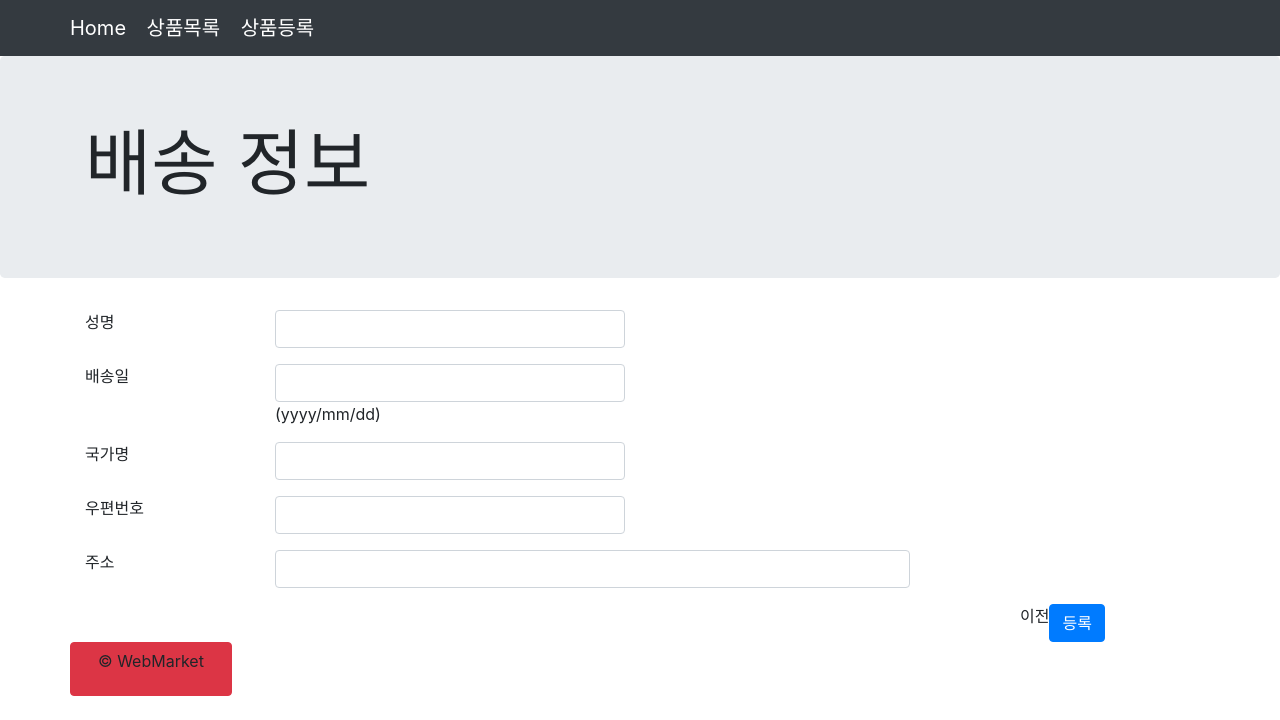
Repository: davisbyun/ai
Page: http://localhost/WebMarket/shippingInfo.jsp
An editor plug-in stored every save of this project. The page is shown before and after the next save, followed by the edit.
The browser window is 1280 px wide. The pictures show the whole page.
The page is served by Tomcat 9. Other server files are loaded and not shown.

Above is the page before, as saved 2024-01-25 01:57:19.

### WebMarket/src/main/webapp/shippingInfo.jsp
<%@ page language="java" contentType="text/html; charset=UTF-8"
    pageEncoding="UTF-8"%>
<!DOCTYPE html>
<html>
<head>
<meta charset="UTF-8">
<title>shippingInfo.jsp 배송정보 페이지</title>
<link rel="stylesheet" href="./css/bootstrap.min.css"/>
</head>
<body>
  <jsp:include page="menu.jsp"></jsp:include>
	<div class="jumbotron">
    <div class="container">
        <h1 class="display-3"> 배송 정보 </h1>
    </div>
    </div>
  <div class="container">
  <form action=processShippingInfo.jsp" class="form-horizantal" method="post">
    <input type="hidden" name="cartId" value=<%= request.getParameter("cartId") %> />
    <div class="form-group row">
      <label class="col-sm-2"> 성명 </label>
      <div class="col-sm-4">
        <input type="text" name="name" class="form-control" />
     </div>
  </div>
  <div class="form-group row">
      <label class="col-sm-2"> 배송일 </label>
      <div class="col-sm-4">
        <input type="text" name="shippingDate" class="form-control" /> (yyyy/mm/dd)
     </div>
  </div>
  <div class="form-group row">
      <label class="col-sm-2"> 국가명 </label>
      <div class="col-sm-4">
        <input type="text" name="country" class="form-control" />
     </div>
  </div>
   <div class="form-group row">
      <label class="col-sm-2"> 우편번호 </label>
      <div class="col-sm-4">
        <input type="text" name="zipCode" class="form-control" />
     </div>
  </div>
  <div class="form-group row">
      <label class="col-sm-2"> 주소 </label>
      <div class="col-sm-7">
        <input type="text" name="adressName" class="form-control" />
     </div>
  </div>
  <div class="form-group row">
     <div class="col-sm-offset-2 col-sm-10"></div>
     	<a herf="./cart.jsp?cartId=<%= request.getParameter("cartId")%>"  class="btn-btn-secondary">
     	     		이전</a>
     	<input type="submit" value="등록"  class="btn btn-primary" />
     	<a herf="./checkOutCancelled.jsp" class="btn btn-danger >취소</a>

   </div>

    <jsp:include page="footer.jsp"></jsp:include>
</body>
</html>

### WebMarket/src/main/webapp/menu.jsp
<%@ page language="java" contentType="text/html; charset=UTF-8"
    pageEncoding="UTF-8"%>
<!DOCTYPE html>
<html>
<head>
<meta charset="UTF-8">
<title>Insert title here</title>
<link rel="stylesheet" href="https://cdn.jsdelivr.net/npm/bootstrap@4.0.0/dist/css/bootstrap.min.css" integrity="sha384-Gn5384xqQ1aoWXA+058RXPxPg6fy4IWvTNh0E263XmFcJlSAwiGgFAW/dAiS6JXm" crossorigin="anonymous">
</head>
<body>
	 <nav class="navbar navbar-expand navbar-dark bg-dark">
    <div class="container">
        <div class="navbar-header">
            <a class="navbar-brand" href="./welcome.jsp">Home</a>
            <a class="navbar-brand" href="./welcome.jsp">상품목록</a>
            <a class="navbar-brand" href="./welcome.jsp">상품등록</a>
         </div>
     </div>
   </nav>
</body>
</html>

### WebMarket/src/main/webapp/footer.jsp
<%@ page language="java" contentType="text/html; charset=UTF-8"
    pageEncoding="UTF-8"%>
<!DOCTYPE html>
<html>
<head>
<meta charset="UTF-8">
<title>Insert title here</title>
 <link rel="stylesheet" href="https://cdn.jsdelivr.net/npm/bootstrap@4.0.0/dist/css/bootstrap.min.css" integrity="sha384-Gn5384xqQ1aoWXA+058RXPxPg6fy4IWvTNh0E263XmFcJlSAwiGgFAW/dAiS6JXm" crossorigin="anonymous">
</head>
<body>
     <footer class="container">
	    <p>&copy; WebMarket</p>
	 </footer>
</body>
</html>

Loaded but not shown: WebMarket/src/main/webapp/css/bootstrap.min.css (library)

After the next save:
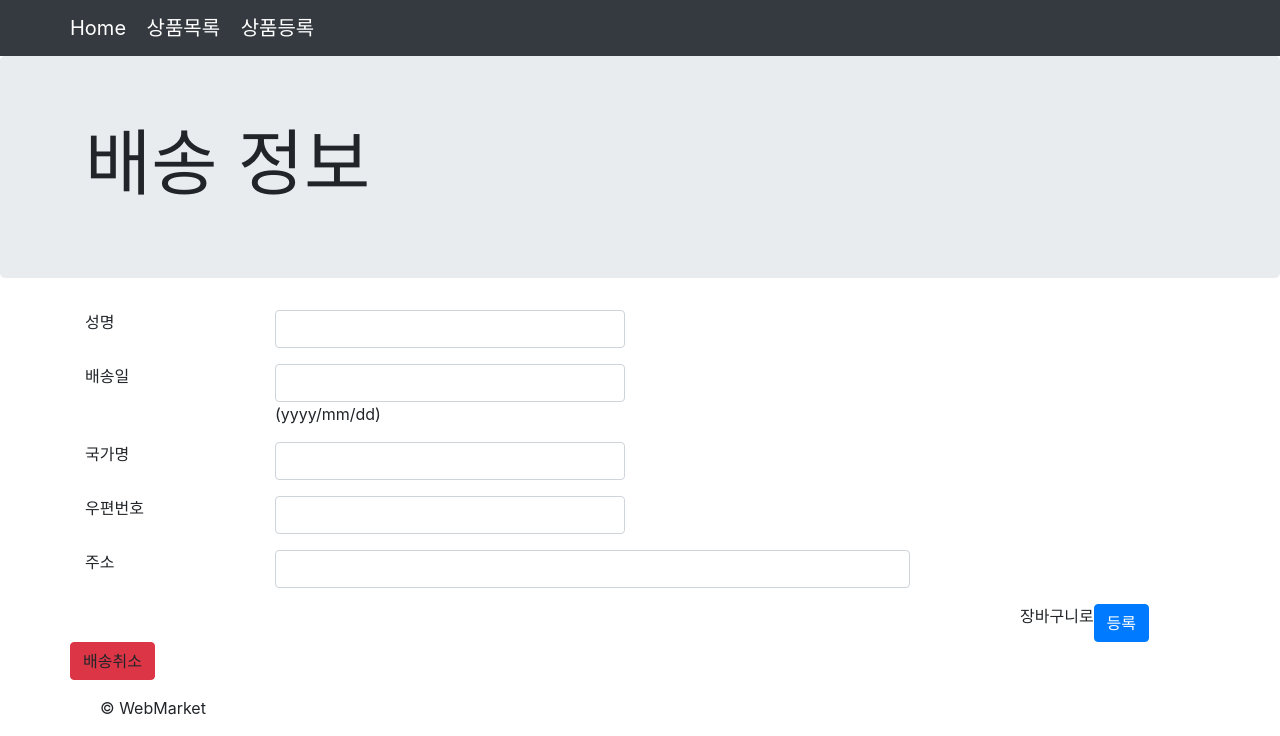
Saved 45 s later.
--- a/WebMarket/src/main/webapp/shippingInfo.jsp
+++ b/WebMarket/src/main/webapp/shippingInfo.jsp
@@ -50,9 +50,9 @@
   <div class="form-group row">
      <div class="col-sm-offset-2 col-sm-10"></div>
      	<a herf="./cart.jsp?cartId=<%= request.getParameter("cartId")%>"  class="btn-btn-secondary">
-     	     		이전</a>
+     	     		장바구니로</a>
      	<input type="submit" value="등록"  class="btn btn-primary" />
-     	<a herf="./checkOutCancelled.jsp" class="btn btn-danger >취소</a>
+     	<a herf="./checkOutCancelled.jsp" class="btn btn-danger" >배송취소</a>
 
    </div>
 
